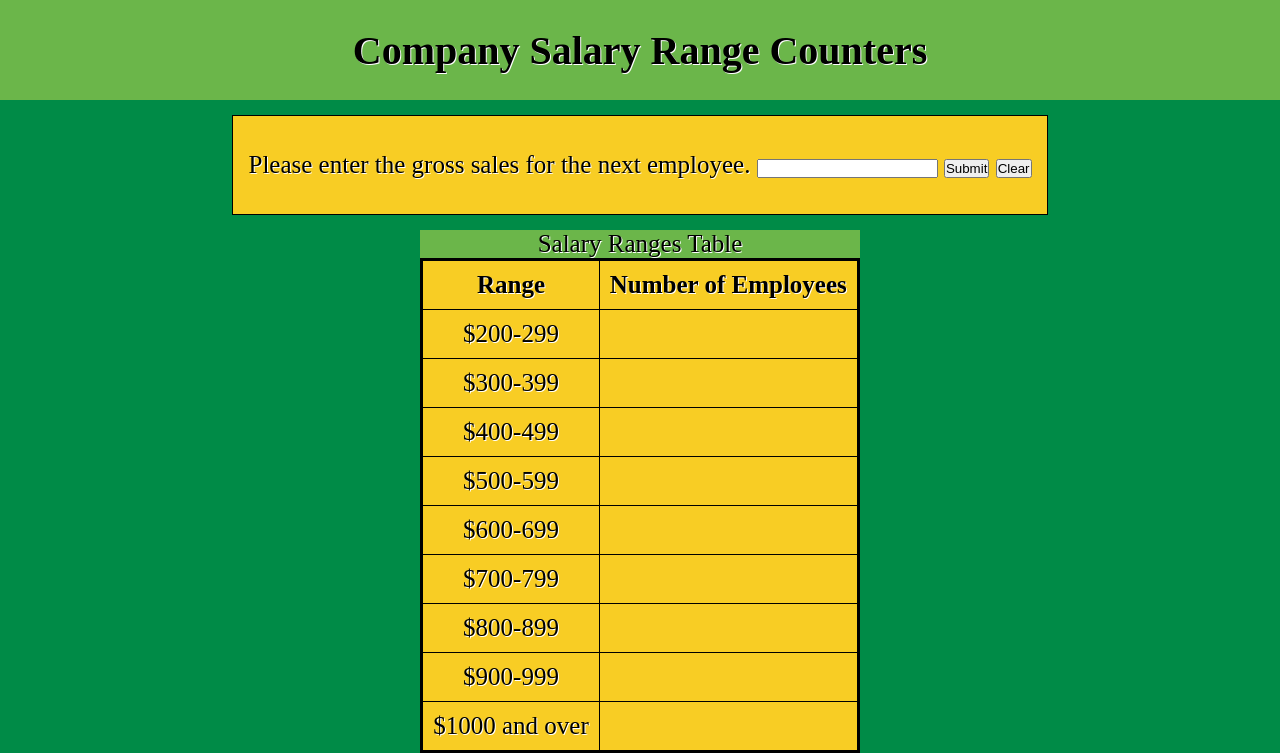
Repository: mlmEFSC21/P17-Sales-Commision
Page: sales.html
An editor plug-in stored every save of this project. The page is shown before and after the next save, followed by the edit.
The browser window is 1280 px wide. The pictures show the whole page.

Above is the page before, as saved 2022-04-02 08:41:01.

### sales.html
<!DOCTYPE html>
<html lang="en">
    <head>
        <meta charset="UTF-8" />
        <meta http-equiv="X-UA-Compatible" content="IE=edge" />
        <meta name="viewport" content="width=device-width, initial-scale=1.0" />
        <link rel="stylesheet" href="sales.css" />
        <script defer src="sales.js"></script>
        <title>Company Salary Range Counters</title>
    </head>
    <body>
        <header class="mainHeader">
            <h1>Company Salary Range Counters</h1>
        </header>
        <section class="mainContent">
            <div class="formContainer" id="formContainer">
                <form class="salaryForm" id="salaryForm">
                    <label for="grossSales"
                        >Please enter the gross sales for the next employee.</label
                    >
                    <input type="text" name="grossSales" class="salesInp" id="salesInp" required />
                    <button type="submit" class="submit-btn" id="submit-btn">Submit</button>
                    <button type="reset" class="clear-btn" id="clear-btn">Clear</button>
                </form>
            </div>
            <div class="tableContainer" id="tableContainer">
                <table>
                    <caption>
                        Salary Ranges Table
                    </caption>
                    <thead>
                        <tr>
                            <th>Range</th>
                            <th>Number of Employees</th>
                        </tr>
                    </thead>
                    <tbody>
                        <tr>
                            <td>$200-299</td>
                            <td class="ranges" id="ranges"></td>
                        </tr>
                        <tr>
                            <td>$300-399</td>
                            <td class="ranges" id="ranges"></td>
                        </tr>
                        <tr>
                            <td>$400-499</td>
                            <td class="ranges" id="ranges"></td>
                        </tr>
                        <tr>
                            <td>$500-599</td>
                            <td class="ranges" id="ranges"></td>
                        </tr>
                        <tr>
                            <td>$600-699</td>
                            <td class="ranges" id="ranges"></td>
                        </tr>
                        <tr>
                            <td>$700-799</td>
                            <td class="ranges" id="ranges"></td>
                        </tr>
                        <tr>
                            <td>$800-899</td>
                            <td class="ranges" id="ranges"></td>
                        </tr>
                        <tr>
                            <td>$900-999</td>
                            <td class="ranges" id="ranges"></td>
                        </tr>
                        <tr>
                            <td>$1000 and over</td>
                            <td class="ranges" id="ranges"></td>
                        </tr>
                    </tbody>
                    <tfoot></tfoot>
                </table>
            </div>
        </section>
    </body>
</html>

### sales.css
:root {
    --clr-background: #008b47;
    --clr-primary: #f8cd24;
    --clr-secondary: #6bb64a;
}
*,
*::after,
*::before {
    box-sizing: border-box;
    margin: 0;
    padding: 0;
}
body {
    background-color: var(--clr-background);
    font-size: 20px;
    text-shadow: 1px 1px #fff;
}
.mainHeader {
    display: flex;
    align-items: center;
    justify-content: center;
    height: 100px;
    background-color: var(--clr-secondary);
}

.mainContent {
    display: flex;
    flex-direction: column;
}
.formContainer {
    display: flex;
    height: 100px;
    font-size: 1.25em;
    align-self: center;
    justify-self: center;
    align-items: center;
    justify-content: center;
    border: 1px ridge black;
    margin: 15px;
    padding: 15px;
    background-color: var(--clr-primary);
}
.tableContainer {
    justify-self: center;
    align-self: center;
}
table {
    border-collapse: collapse;
    border: 3px solid black;
    font-size: 1.25em;
    background-color: var(--clr-primary);
}
th,
tr,
td {
    border: 1px solid black;
    margin: 10px;
    padding: 10px;
    text-align: center;
}
caption {
    background-color: var(--clr-secondary);
}

### sales.js
//  base salary = $200 + commission
// commission = gross sales * 9%
// range floor / 100 - 2 = index 0 - 8
// test: x1 = Math.floor(218 / 100) - 2;
// works for all ranges below the last. Just check for >1000 first.
const baseSalary = 200;
let commissionAmount = 0;
let totalSalary = 0;
let employeeNum = 0;
let salaryRanges = [0, 0, 0, 0, 0, 0, 0, 0, 0];
let weeklyGrossSales = [];

const form = document.querySelector("#salaryForm");
const salesInput = document.getElementById("salesInp");
const td = document.querySelectorAll("td#ranges");
form.addEventListener("submit", getWeeklySal);
const resetBtn = document.querySelector("#clear-btn");
resetBtn.addEventListener("click", clearAllSalaries);

function getWeeklySal(e) {
    e.preventDefault();
    employeeNum++;
    weeklyGrossSales = parseInt(salesInput.value);
    calcCommission();
    calcTotalWeeklySalary();
    calcSalaryRange(totalSalary);
    fillRangeCol();
    salesInput.value = "";
}
function calcCommission() {
    commissionAmount = weeklyGrossSales * 0.09;
}
function calcTotalWeeklySalary() {
    totalSalary = baseSalary + commissionAmount;
    console.log(totalSalary);
    console.log(salaryRanges);
}
function calcSalaryRange(totalSalary) {
    if (totalSalary >= 1000) {
        salaryRanges[8] += 1;
    } else if (totalSalary < 1000) {
        let i = Math.floor(totalSalary / 100) - 2;
        salaryRanges[i] = salaryRanges[i] + 1;
    }
}
//append the table
function fillRangeCol() {
    for (let i = 0; i < salaryRanges.length; i++) {
        td[i].innerText = salaryRanges[i];
    }
}
//reset button
function clearAllSalaries() {
    salesInput.value = "";
    salaryRanges = [0, 0, 0, 0, 0, 0, 0, 0, 0];
    weeklyGrossSales = [];
    for (let i = 0; i < salaryRanges.length; i++) {
        td[i].innerText = 0;
    }
}

console.log(salaryRanges);
console.log(weeklyGrossSales);

After the next save:
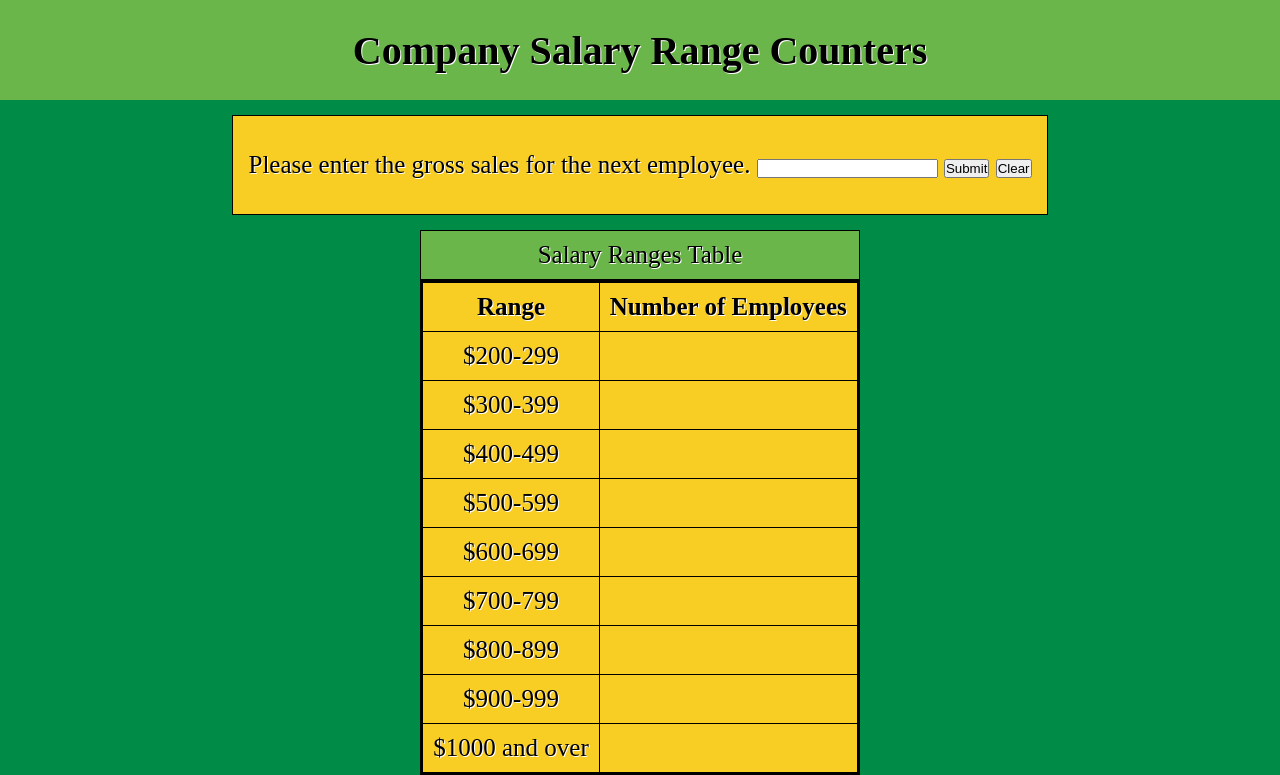
Saved 16 s later.
--- a/sales.css
+++ b/sales.css
@@ -59,5 +59,8 @@ td {
     text-align: center;
 }
 caption {
+    border: 1px solid black;
+    padding: 10px;
+    text-align: center;
     background-color: var(--clr-secondary);
 }
